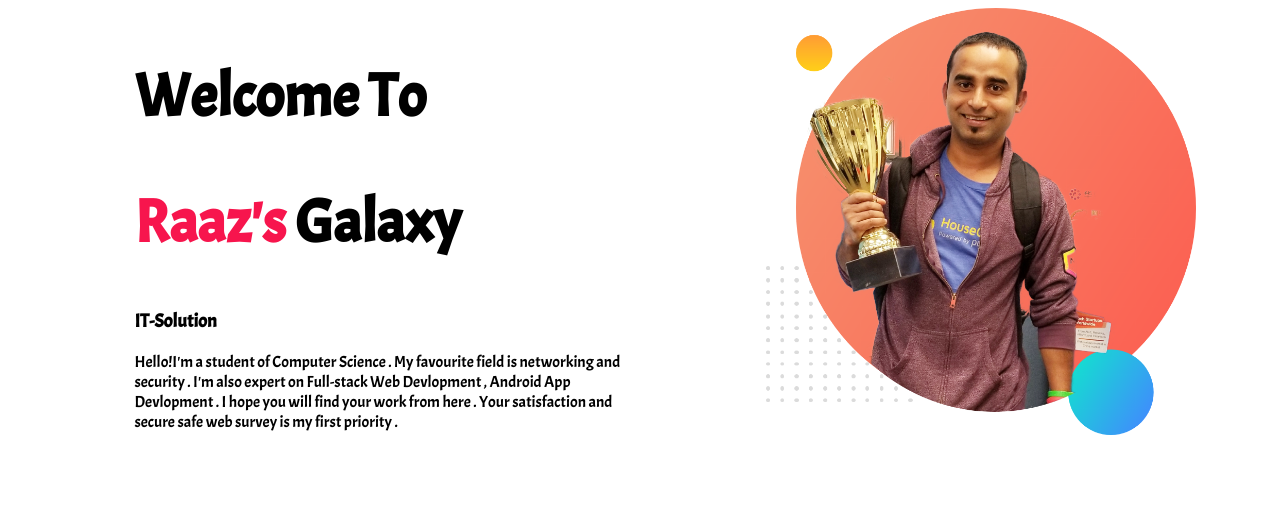
Repository: ramizraaz/my-portfolio
Page: about.html
The author's editor kept a copy of each file at every save. The page is drawn from the files as they stood at one save, then again after the next save.
The browser window is 1280 px wide. The pictures show the whole page.

Above is the page before, as saved 2022-01-13 18:18:14.

After the next save:
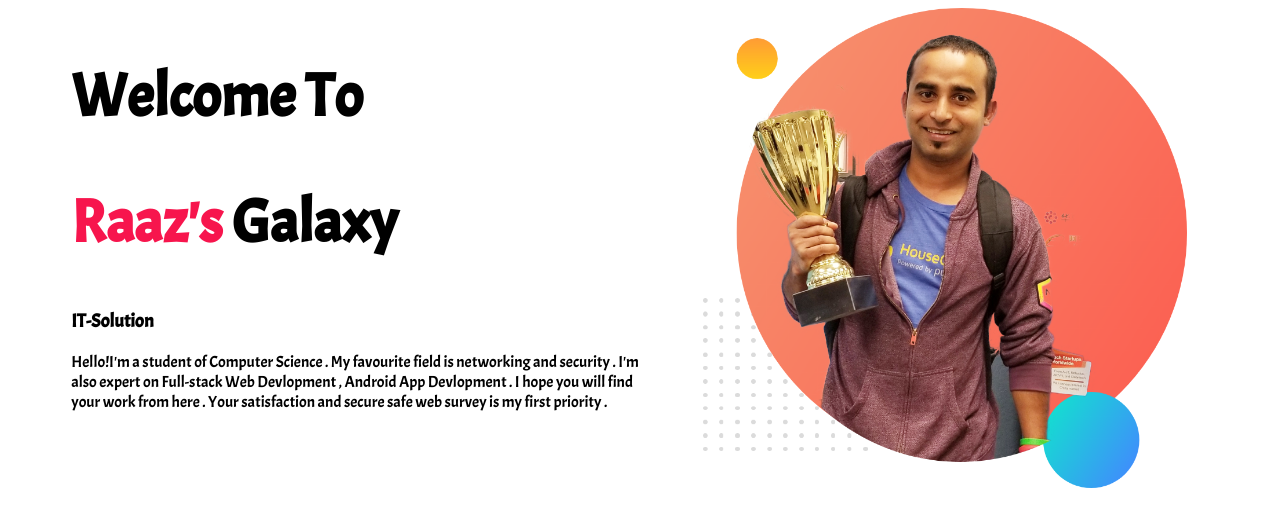
Saved 5 s later.
--- a/design.css
+++ b/design.css
@@ -18,7 +18,7 @@
 .content {
     width: 50%;
     /*to make 2 div 50//50 size*/
-    padding-left: 10%;
+    padding-left: 5%;
 }
 
 .content img {
